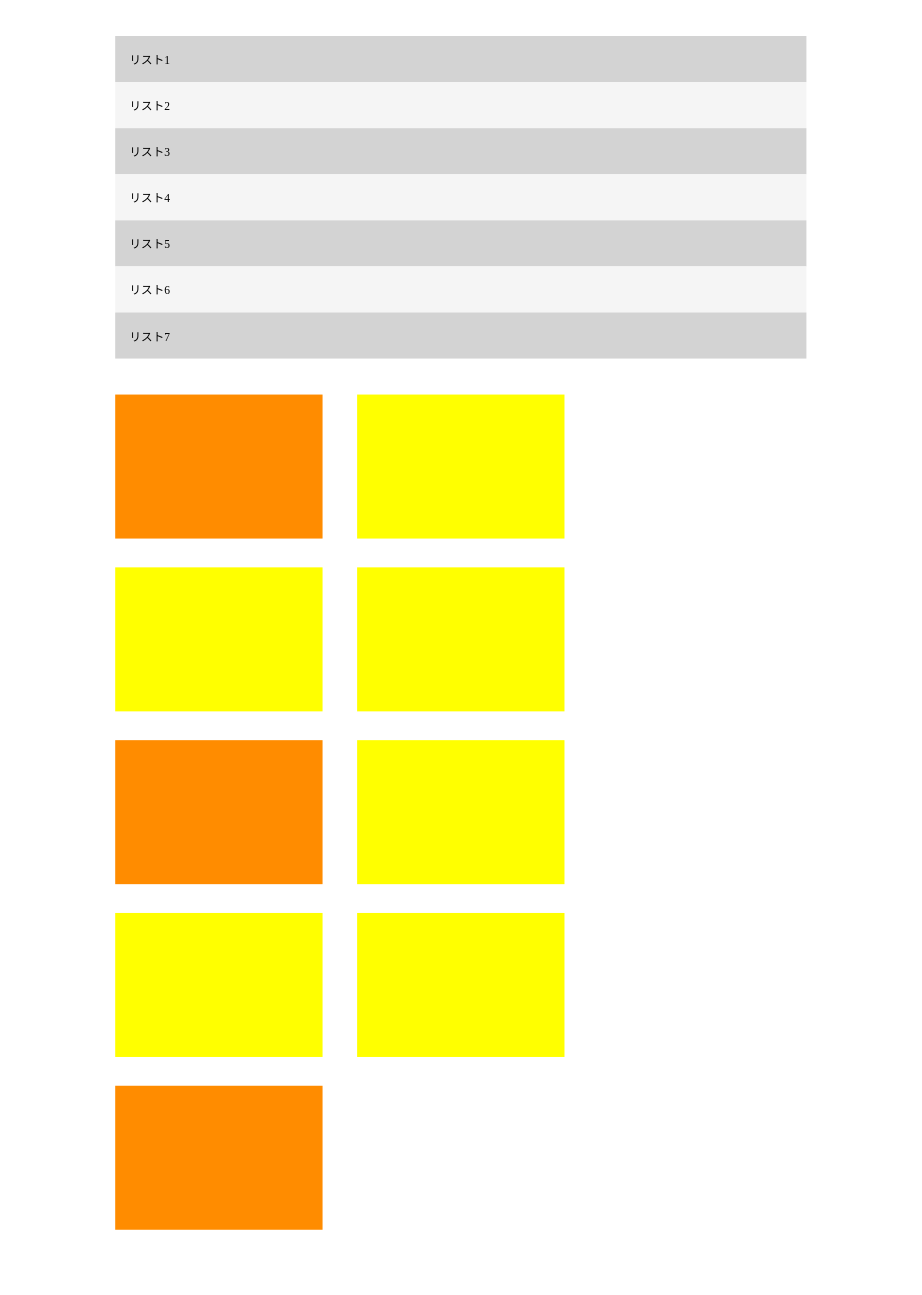
Repository: t-sato-infratop/environment
Page: chapter8_exercise/chapter8_exercise.html
The author's editor kept a record of every edit. The page is drawn from the files as they stood at one moment, then again after the next edit.
The browser window is 1280 px wide. The pictures show the whole page, at 72% of full size.

Above is the page before.

### chapter8_exercise/chapter8_exercise.html
<!DOCTYPE html>
<html lang="ja">
  <head>
    <meta charset="UTF-8" />
    <link rel="stylesheet" href="chapter8_exercise.css" />
    <title>C8E</title>
  </head>

  <body>
    <main>
    <section class="main-list">
      <div class="main-list-category">
        <p class="main-list-text">リスト1</p>
      </div>
      <div class="main-list-category">
        <p class="main-list-text">リスト2</p>
      </div>
      <div class="main-list-category">
        <p class="main-list-text">リスト3</p>
      </div>
      <div class="main-list-category">
        <p class="main-list-text">リスト4</p>
      </div>
      <div class="main-list-category">
        <p class="main-list-text">リスト5</p>
      </div>
      <div class="main-list-category">
        <p class="main-list-text">リスト6</p>
      </div>
      <div class="main-list-category">
        <p class="main-list-text">リスト7</p>
      </div>
    </section>
    <section class="main-box">
      <div class="main-box-category"></div>
      <div class="main-box-category"></div>
      <div class="main-box-category"></div>
      <div class="main-box-category"></div>
      <div class="main-box-category"></div>
      <div class="main-box-category"></div>
      <div class="main-box-category"></div>
      <div class="main-box-category"></div>
      <div class="main-box-category"></div>
    </section>
    </main>
  </body>

### chapter8_exercise/chapter8_exercise.css
* {
  margin: 0;
  padding: 0;
  box-sizing: border-box;
}

main {
  width: 960px;
  margin: 50px auto;
}

.main-list {
  margin-bottom: 50px;
}

.main-list-text {
  padding: 20px;
  list-style: none;
}

.main-list-category:nth-child(odd) {
  background-color: lightgray;
}

.main-list-category:nth-child(even) {
  background-color: #f5f5f5;
}

.main-box {
  display: flex;
  flex-wrap: wrap;
}

.main-box-category {
  width: 30%;
  height: 200px;
  margin-right: 5%;
  margin-bottom: 40px;
  background-color :yellow;
}

.main-box-category:first-child,
.main-box-category:nth-child(5),
.main-box-category:last-child {
  background-color: #ff8c00;
}

.box:nth-child(3n) {
  margin-right: 0;
}

.box:nth-last-child(-n + 3) {
  margin-bottom: 0;
}

After the next edit:
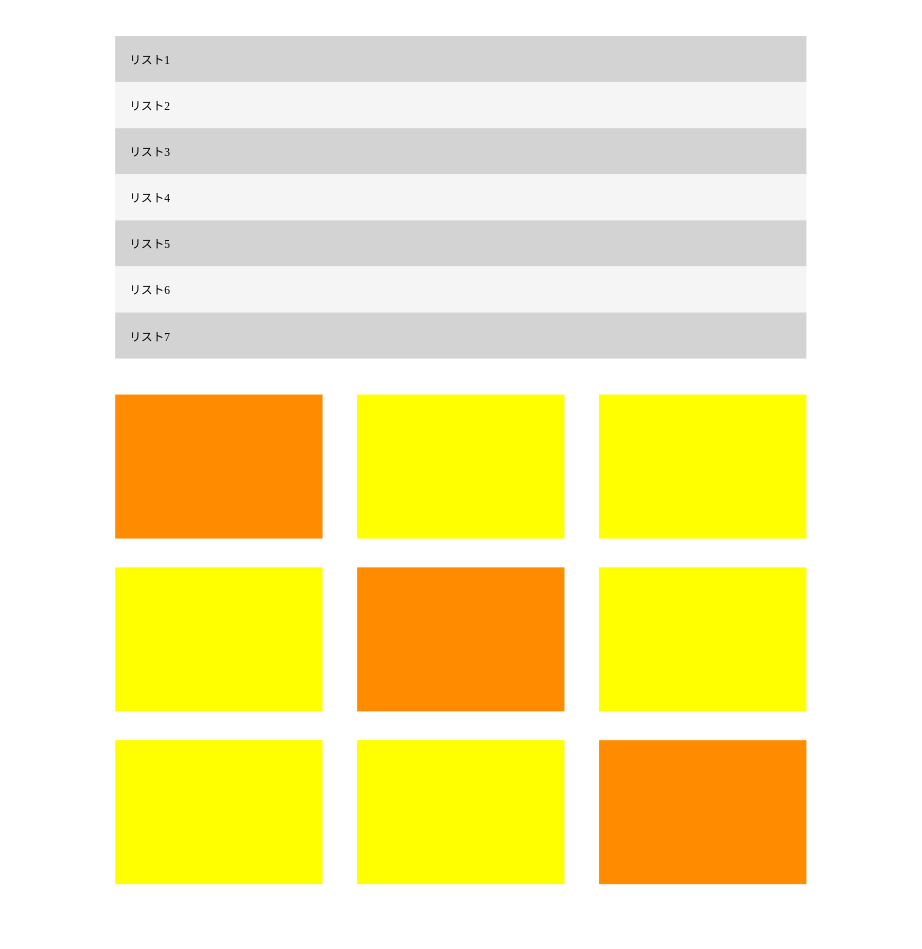
The edit:
--- a/chapter8_exercise/chapter8_exercise.css
+++ b/chapter8_exercise/chapter8_exercise.css
@@ -45,7 +45,7 @@
   background-color: #ff8c00;
 }
 
-.box:nth-child(3n) {
+.main-box-category:nth-child(3n) {
   margin-right: 0;
 }
 
